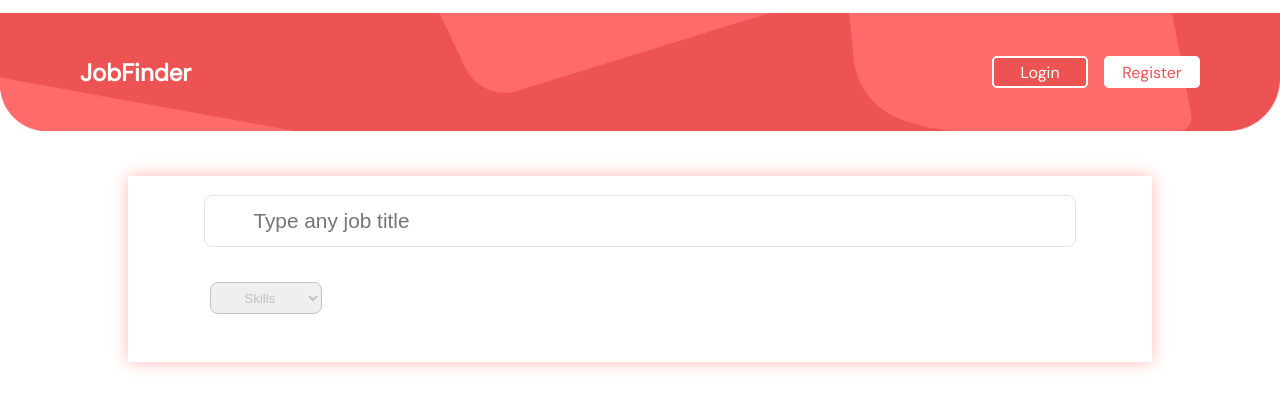
Repository: drumsmanku/node-capstone-project-1
Page: / (app in client/)
An editor plug-in stored every save of this project. The page is shown before and after the next save, followed by the edit.
The browser window is 1280 px wide. The pictures show the whole page.
The page's requests for data from a server got no answer. The project was rebuilt for these pictures with package versions that can differ from the ones it lists, and the page was loaded fresh each time. No one was signed in, and anything a server would have sent is missing. Also part of the build but not shown: client/src/components/Register.js, client/src/components/Login.js, client/src/components/AddJob.js, client/src/components/Success.js, client/src/components/EditJob.js, client/src/components/JobDetails.css, client/src/components/JobDetails.js, client/src/components/FailedLogin.js and 1 more.

Above is the page before, as saved 2023-07-23 18:11:23.

### client/src/App.js
import './App.css';
import Register from './components/Register';
import Login from './components/Login';
import AddJob from './components/AddJob';
import { BrowserRouter as Router, Route, Routes} from 'react-router-dom';
import Success from './components/Success';
import JobMainPage from './components/JobMainPage';
import EditJob from './components/EditJob';
import JobDetails from './components/JobDetails';
import FailedLogin from './components/FailedLogin';
import FailedRegister from './components/FailedRegister';

function App() {
  return (
    <div className="App">
      <Router>
        <Routes>
          <Route path='/' element={<JobMainPage/>}/>
          <Route path='/register' element={<Register />}/>
          <Route path='/add' element={<AddJob/>}/>
          <Route path='/login' element={<Login/>}/>
          <Route path='/main-job' element={<JobMainPage/>}/>
          <Route path='/edit-job/:id' element={<EditJob/>}/>
          <Route path="/job-det/:id" element={<JobDetails/>}/>
          <Route path='/success' element={<Success/>}/>
          <Route path='/failed-login' element={<FailedLogin/>}/>
          <Route path='/failed-signup' element={<FailedRegister/>}/>

        </Routes>
      </Router>

    </div>
  );
}

export default App;

### client/src/components/JobMainPage.js
import React, { useEffect, useState } from 'react';
import './JobMainPage.css';
import back from '../Assets/backnew.png'
import { useNavigate } from 'react-router-dom';
import axios from 'axios';
import peopleImg from '../Assets/people.png';
import flagImg from'../Assets/flag.png';
import profile from '../Assets/profilepic.webp';


function JobMainPage() {
  const [jobs, setJobs] = useState([]);
  const [user, setUser] = useState(localStorage.getItem('user'));
  const [skillsDet, setSkillsDet]=useState([]);
  const [position, setPosition]=useState([]);
  const [isLoggedIn, setIsLoggedIn] = useState(false);

  const handleChange=(event)=>{
    const skillGroup = event.target.value;
    if (!skillsDet.includes(skillGroup)) {
      setSkillsDet([...skillsDet, skillGroup]);
    }
  }

  const handleSearchChange=(event)=>{
    setPosition( [event.target.value])
  }
  const handleClose=(event)=>{
    setSkillsDet([]);
  }
  const removeSkill = (skillToRemove) => {
    setSkillsDet(skillsDet.filter(skill => skill !== skillToRemove));
  }


  useEffect(() => {

    const skills = skillsDet;
    const jobPositions = position;
    axios.get(`https://job-new-portal.onrender.com/get-jobs?skills=${skills.join(',')}&jobPosition=${jobPositions.join(',')}`)
      .then(res => {
        setJobs(res.data.jobs);
      })
      .catch(err => console.log(err));
  }, [skillsDet, position]);

  useEffect(() => {
    const user = localStorage.getItem('user');
    if (user) {
      setIsLoggedIn(true);
    }
  }, []);

  const handleLogout = () => {
    localStorage.removeItem('user');
    setIsLoggedIn(false);
    navigate('/login');
  };
  const navigate=useNavigate();

  const styles = {
    body: {
      margin: 0,
      padding: 0,
    },
    container: {
      width: '100%',
      padding: '0 0rem',
    },
    searchAndTags: {
      flexDirection: window.innerWidth > 768 ? 'row' : 'column',
    },
    jobCards: {
      flexDirection: window.innerWidth > 768 ? 'row' : 'column',
    },
    jobCard: {
      flexDirection: window.innerWidth > 768 ? 'row' : 'column',
    },
    skillsContainer: {
      display: 'flex',
      flexWrap: 'wrap',
    },

  };

  return (
    <div style={{...styles.container, fontFamily:'DM Sans'}} className='main-page-container'>
      <div className='main-upper-container' style={{backgroundImage:`url(${back})`, }}>

        <div style={{display:'flex',width:'100%', justifyContent:' space-between', alignItems:'center',}}>
        <h3 style={{marginLeft:'5rem', color:'white', fontSize:'1.5rem'}}>JobFinder</h3>
        <div style={{display:'flex', marginRight:'5rem'}}>
            {isLoggedIn ? (
              <>
                <button style={{background:'none', fontSize:'large', border:'none', fontFamily:'DM Sans', color:'white'}} onClick={handleLogout}>Logout</button>
                <span style={{color:'white', fontFamily:'DM Sans', fontSize:'large', display:'flex', alignItems:'center', marginLeft:'1rem'}}>Hello! {user}</span>
                <img src={profile} alt="" height={50} width={50} style={{borderRadius:'100%', marginLeft:'1rem'}} />
              </>
            ) : (
              <>
                <button className='btn-main-page-login' onClick={()=>{navigate('/login')}} type='submit'  >Login</button>
                <button type='submit'  onClick={()=>{navigate('/register')}} className='btn-main-page-register'  >Register</button>
              </>
            )}
          </div>
        </div>
      </div>
      <div className="main-lower-container">
        <div style={{width:'80%'}}>
          <div className='search-and-tags'style={{...styles.searchAndTags, boxShadow:'0 0 1rem 0rem #FF202050', width:'100%', display:'flex', flexDirection:'column', alignItems:'center', marginTop:"2rem", marginBottom:'1rem'}}>
              <input onChange={handleSearchChange} type="text" placeholder='Type any job title' style={{paddingLeft:'3rem', height:'3rem', width:'80%', borderRadius:'0.5rem', border:'1.8px solid #E3E3E3', fontSize:'1.3rem', marginTop:'1.2rem ', marginBottom:'1.2rem'}} />
              <div style={{width:'84%', display:'flex', marginBottom:"3rem", marginTop:'1rem'}}>
                <select onChange={handleChange} style={{border:'1.84px solid #C2C2C2', borderRadius:'0.5rem', height:'2rem', color:'#C2C2C2', width:'7rem', marginRight:'1rem'}} name='remoteOrOffice'  placeholder='Select'>
                  <option style={{textAlign:'center', color:'#C2C2C2'}} value="">Skills</option>
                  <option value="Node">Node</option>
                  <option value="React">React</option>
                  <option value="CSS">CSS</option>
                  <option value="JavaScript">JavaScript</option>
                  <option value="HTML">HTML</option>
                  <option value="Wordpress">Wordpress</option>
                  <option value="php">php</option>

                  <option value="C">C</option>
                  <option value="Python">Python</option>
                </select>
                <div style={{display:'flex', flexWrap:'wrap'}}>
                  {
                    skillsDet.map((skill, key) => (
                      <span style={{marginRight:'1rem', backgroundColor:'#FFEEEE', height:'2rem', width:'6rem', fontSize:'small',display:'flex', justifyContent:'space-between', alignItems:'center', paddingLeft:'1rem', borderRadius:'0.2rem', marginBottom:'1rem'}} id={key}>
                        {skill}
                        <button style={{height:'inherit', border:'none', backgroundColor:'#FF6B6B', width:'30%', color:'white', cursor:'pointer'}} onClick={() => removeSkill(skill)}>X</button>
                      </span>
                    ))

                  }
                </div>
                <div style={{width:'31%', textAlign:'end'}}>
                  {
                    skillsDet.length > 0 && (
                      <button onClick={handleClose} style={{border:'none', background:'none',fontSize:'0.9rem', color:'#ED5353'}}>Clear</button>
                    )
                  }
                  {
                    isLoggedIn&&(
                      <button onClick={()=>{navigate('/add')}} style={{backgroundColor:'#ED5353', border:'none', borderRadius:'0.2rem', height:'2rem', width:'8rem', color:'white', fontFamily:'DM Sans', fontSize:'medium', marginRight:'0.5rem', cursor:'pointer'}}>Add Job +</button>
                    )
                  }

                </div>


              </div>

          </div>
          <div className="job-cards" style={styles.jobCards}>
              {
                jobs.map((job, idx)=>(
                  <div key={idx} style={{...styles.jobCard, boxShadow:'0 0 1rem 0rem #FF202030', width:'100%', display:'flex', marginBottom:'2rem',paddingTop:'2rem',paddingBottom:'2rem', alignItems:'center'}}>
                    <div style={{width:'10%', height:'8rem', justifyContent:'center', display:'flex'}}>
                      <img src={job.logoURL} alt="" height={70} />
                    </div>
                    <div style={{width:'80%', display:'flex', justifyContent:'space-between'}}>
                      <div style={{display:'flex', flexDirection:'column'}}>
                        <b>{job.jobPosition}</b>
                        <div style={{display:'flex', alignItems:'center', color:'#9C9C9C'}}>
                          <img src={peopleImg} alt="" height={15} style={{marginRight:'2rem'}}/>
                          <p style={{marginRight:'2rem'}}>11-50</p>
                          <span style={{marginRight:'2rem'}}>₹{job.monthlySalary}</span>
                          <div style={{display:'flex', alignItems:'center', marginRight:'2rem'}}>
                            <img src={flagImg} alt="" height={30} style={{marginRight:'1rem'}} />
                            <p>{job.location}</p>
                          </div>
                        </div>
                        <div style={{display:'flex', fontSize:'0.8rem', width:'9rem', justifyContent:'space-between', color:'#ED5353'}}>
                          <p style={{}}>{job.remoteOrOffice}</p>
                          <p>{job.jobType}</p>
                        </div>
                      </div>
                      <div style={{display:'flex', flexDirection:'column', justifyContent:'space-between', alignItems:'flex-end'}}>
                        <div style={{...styles.skillsContainer,display:'flex', marginTop:'1rem', marginBottom:'2rem'}}>
                          {
                            position!=''&&<span style={{marginRight:'1rem', backgroundColor:'#FFEEEE', height:'2rem', width:'5rem', fontSize:'small',display:'flex', justifyContent:'center', alignItems:'center', borderRadius:'0.2rem', fontWeight:'bold'}} >{position}</span>
                          }
                          {
                            job.skills.map((skill, idx)=>(
                              <span style={{marginRight:'1rem', backgroundColor:'#FFEEEE', height:'2rem', width:'5rem', fontSize:'small',display:'flex', justifyContent:'center', alignItems:'center', borderRadius:'0.2rem', fontWeight:'bold', marginBottom:'1rem'}} key={idx}>{skill}</span>
                            ))
                          }
                        </div>
                        <div>
                          {isLoggedIn && <button style={{backgroundColor:'white', border:'2px solid #ED5353', borderRadius:'0.2rem', height:'2rem', width:'8rem', color:'#ED5353', fontFamily:'DM Sans', fontSize:'medium', marginRight:'0.5rem', cursor:'pointer'}} onClick={() => navigate(`/edit-job/${job._id}`)}>Edit job</button>}
                          <button style={{backgroundColor:'#ED5353', border:'none', borderRadius:'0.2rem', height:'2rem', width:'8rem', color:'white', fontFamily:'DM Sans', fontSize:'medium', marginRight:'0.5rem', cursor:'pointer'}} onClick={() => navigate(`/job-det/${job._id}`)} > View Details
                          </button>
                        </div>

                      </div>
                    </div>

                  </div>
                ))
              }
          </div>
        </div>
      </div>
    </div>
  )
}

export default JobMainPage

### client/src/components/Register.css
@import url('https://fonts.googleapis.com/css2?family=DM+Sans&display=swap');

body{
  font-family: 'DM Sans';
}

.reg-container{
  width:100vw;
  height: 100vh;
  display: flex;
}

.reg-left-container{
  width: 55%;
  display: flex;
  flex-direction: column;
  justify-content: center;
  font-family: 'DM Sans';
  color: black;

}
.reg-right-container{
  width: 45%;
  height: 100vh;
  background-size: 'cover';
  background-position:center;
  background-repeat: no-repeat;
}
.reg-container form{
  display: flex;
  flex-direction: column;
}
.reg-container input[type='text'], [type='password'], [type='email']{
  width: 70%;
  height: 3rem;
  border:2px solid #C2C2C2;
  border-radius: 0.4rem;
  padding-left: 1rem;
  font-size: 1rem;
  color: black;
  margin-bottom: 2rem;
}
.reg-container button{
  height: 2.7rem;
  width: 25%;
  font-size: x-large;
  background-color: #ED5353;
  border: none;
  border-radius: 0.3rem;
  margin-left: 5rem;
  margin-bottom: 1rem;
  color: white;
}
span a{
  color:black;
}

### client/src/components/Login.css
@import url('https://fonts.googleapis.com/css2?family=DM+Sans&display=swap');

body{
  font-family: 'DM Sans';
}

.login-container{
  width:100vw;
  height: 100vh;
  display: flex;
}
.login-left-container{
  width: 55%;
  display: flex;
  flex-direction: column;
  justify-content: center;
  font-family: 'DM Sans';
  color: black;

}

.login-right-container{
  width: 45%;
  height: 100vh;
  background-size: 'cover';
  background-position:center;
  background-repeat: no-repeat;
}

.login-container form{
  display: flex;
  flex-direction: column;
}
.login-container input [type='password'], [type='email']{
  width: 70%;
  height: 3rem;
  border:2px solid #C2C2C2;
  border-radius: 0.4rem;
  padding-left: 1rem;
  font-size: 1rem;
  color: black;
  margin-bottom: 2rem;
}

.login-container button{
  height: 2.7rem;
  width: 25%;
  font-size: x-large;
  background-color: #ED5353;
  border: none;
  border-radius: 0.3rem;
  margin-left: 5rem;
  margin-bottom: 1rem;
  color: white;
}

### client/src/components/AddJob.css
@import url('https://fonts.googleapis.com/css2?family=DM+Sans&display=swap');

body{
  font-family: 'DM Sans';
}

.add-container{
  height: 100vh;
  width: 100vw;
  display: flex;
}

.add-left-container{
  width: 58%;

  display: flex;
  flex-direction: column;
  justify-content: center;
  align-items: center;
}
.add-right-container{
  width: 42%;
  background-size: 'cover';
  background-position:center;
  background-repeat: no-repeat;
}
.add-container input{
  border: 2px solid #C2C2C2;
  border-radius: 0.2rem;
  margin-bottom: 1rem;
  margin-left: 1rem;
  padding-left: 1rem;
}
.add-left-container form{
  width: 100%;
  display: flex;
  flex-direction: column;
  margin-left: 20%;
}
.btn-add-page-add{
  height: 2rem;
  width: 15%;
  font-size: medium;
  background-color: #ED5353;
  border: none;
  border-radius: 0.3rem;
  margin-left: 1rem;
  margin-bottom:0;
  color: white;
  cursor: pointer;
}
.btn-add-page-cancel{
  height: 2rem;
  width: 15%;
  font-size: medium;
  background-color: #FFFFFF;
  border: 1px solid #CECECE;
  color: #CECECE;
  border-radius: 0.3rem;
  cursor: pointer;
  margin-bottom: 0;

}

### client/src/components/JobMainPage.css
@import url('https://fonts.googleapis.com/css2?family=DM+Sans&display=swap');


.main-page-container{
  height: 100vh;
  width: 100vw;
  display: flex;
  flex-direction: column;
}

.main-upper-container{
  height: 20%;
  width: 100%;
  display: flex;
  background-size: 100%;
  background-position:center;
  background-repeat: no-repeat;
}
.main-lower-container{
  height: 80%;
  width: 100%;
  display: flex;
  flex-direction: column;
  align-items: center;
}
.btn-main-page-login{
  height: 2rem;
  width: 6rem;
  font-weight: 500;
  font-size: medium ;
  background-color: #ED5353;
  border: 2px solid white;
  border-radius: 0.3rem;
  margin-left: 1rem;
  margin-bottom:0;
  color: white;
  font-family: 'DM Sans';
  cursor: pointer;
}
.btn-main-page-register{
  height: 2rem;
  width: 6rem;
  font-size: medium;
  font-weight: 500;
  background-color: white;
  border: none;
  border-radius: 0.3rem;
  margin-left: 1rem;
  margin-bottom:0;
  color: #ED5353;
  font-family: 'DM Sans';
  cursor: pointer;
}

### client/src/components/EditJob.css
@import url('https://fonts.googleapis.com/css2?family=DM+Sans&display=swap');

body{
  font-family: 'DM Sans';
}

.edit-container{
  height: 100vh;
  width: 100vw;
  display: flex;
}

.edit-left-container{
  width: 58%;

  display: flex;
  flex-direction: column;
  justify-content: center;
  align-items: center;
}
.edit-right-container{
  width: 42%;
  background-size: 'cover';
  background-position:center;
  background-repeat: no-repeat;
}
.edit-container input{
  border: 2px solid #C2C2C2;
  border-radius: 0.2rem;
  margin-bottom: 1rem;
  margin-left: 1rem;
  padding-left: 1rem;
}
.edit-left-container form{
  width: 100%;
  display: flex;
  flex-direction: column;
  margin-left: 20%;
}
.btn-edit-page-edit{
  height: 2rem;
  width: 15%;
  font-size: medium;
  background-color: #ED5353;
  border: none;
  border-radius: 0.3rem;
  margin-left: 1rem;
  margin-bottom:0;
  color: white;
  cursor: pointer;
}
.btn-edit-page-cancel{
  height: 2rem;
  width: 15%;
  font-size: medium;
  background-color: #FFFFFF;
  border: 1px solid #CECECE;
  color: #CECECE;
  border-radius: 0.3rem;
  cursor: pointer;
  margin-bottom: 0;

}

Loaded but not shown: client/public/index.html (common file); client/src/index.js (common file); client/src/index.css (common file); client/src/App.css (no stored copy; drawn as an empty file)

After the next save:
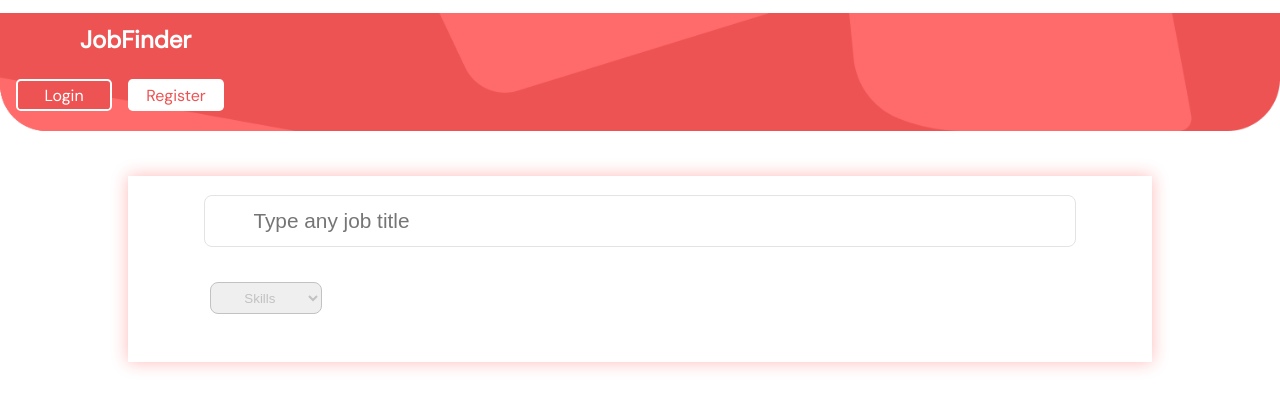
Saved 36 min 9 s later.
--- a/client/src/components/JobMainPage.js
+++ b/client/src/components/JobMainPage.js
@@ -87,9 +87,9 @@ function JobMainPage() {
     <div style={{...styles.container, fontFamily:'DM Sans'}} className='main-page-container'>
       <div className='main-upper-container' style={{backgroundImage:`url(${back})`, }}>
 
-        <div style={{display:'flex',width:'100%', justifyContent:' space-between', alignItems:'center',}}>
+        <div className='header'>
         <h3 style={{marginLeft:'5rem', color:'white', fontSize:'1.5rem'}}>JobFinder</h3>
-        <div style={{display:'flex', marginRight:'5rem'}}>
+        <div className='header-right' style={{display:'flex', marginRight:'5rem'}}>
             {isLoggedIn ? (
               <>
                 <button style={{background:'none', fontSize:'large', border:'none', fontFamily:'DM Sans', color:'white'}} onClick={handleLogout}>Logout</button>
@@ -106,7 +106,7 @@ function JobMainPage() {
         </div>
       </div>
       <div className="main-lower-container">
-        <div style={{width:'80%'}}>
+        <div className='content' style={{width:'80%'}}>
           <div className='search-and-tags'style={{...styles.searchAndTags, boxShadow:'0 0 1rem 0rem #FF202050', width:'100%', display:'flex', flexDirection:'column', alignItems:'center', marginTop:"2rem", marginBottom:'1rem'}}>
               <input onChange={handleSearchChange} type="text" placeholder='Type any job title' style={{paddingLeft:'3rem', height:'3rem', width:'80%', borderRadius:'0.5rem', border:'1.8px solid #E3E3E3', fontSize:'1.3rem', marginTop:'1.2rem ', marginBottom:'1.2rem'}} />
               <div style={{width:'84%', display:'flex', marginBottom:"3rem", marginTop:'1rem'}}>
